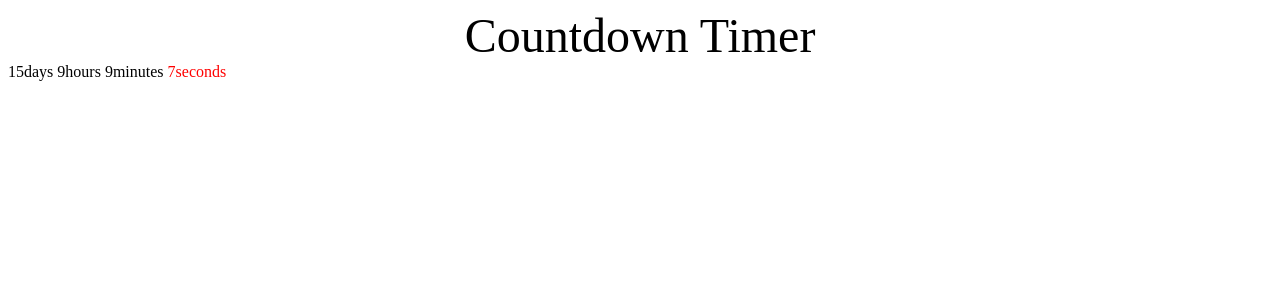
Repository: sinarinzifabrice/Events
Page: index.html
An editor plug-in stored every save of this project. The page is shown before and after the next save, followed by the edit.
The browser window is 1280 px wide. The pictures show the whole page.

Above is the page before, as saved 2024-05-16 09:52:56.

After the next save:
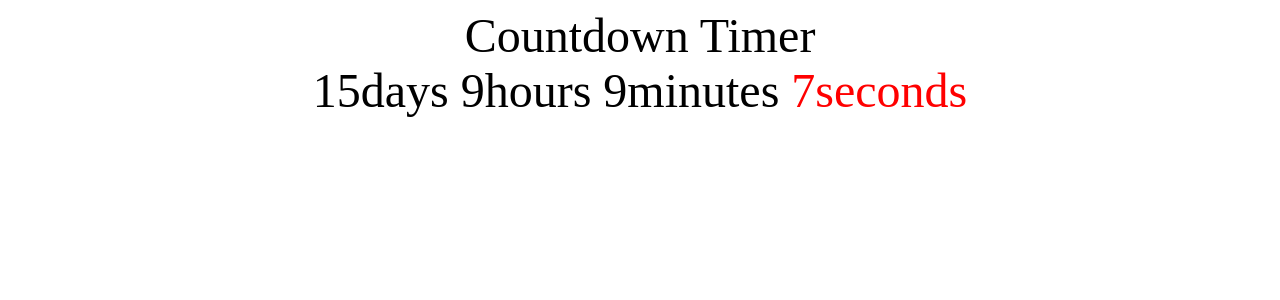
Saved 13 s later.
--- a/index.html
+++ b/index.html
@@ -17,7 +17,7 @@
 <body>
 
    <div class="countdown">Countdown Timer</div>
-   <div id="countdown"></div>
+   <div id="countdown" class="countdown"></div>
 
 
 
